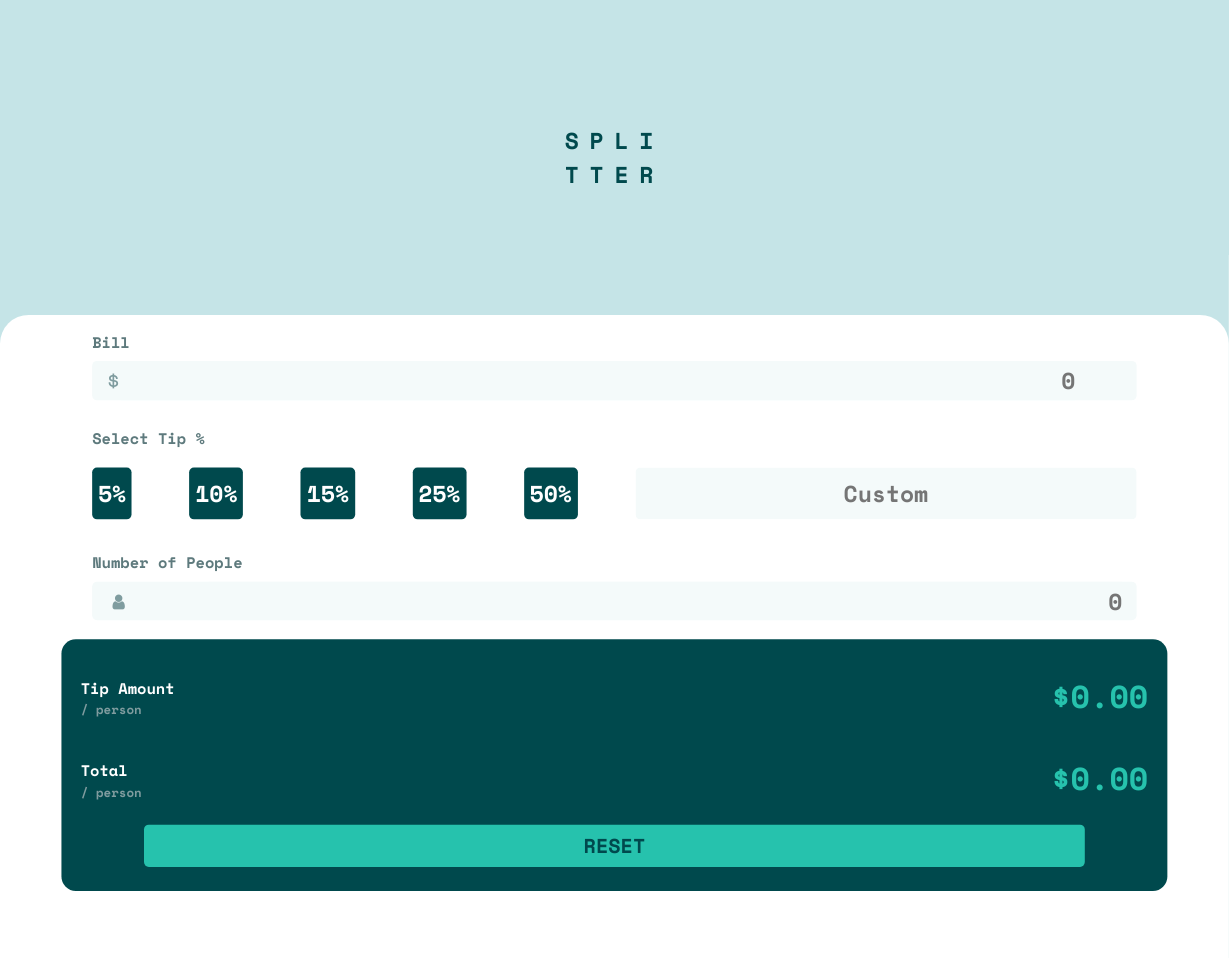
Repository: WindOfCodes/Tip_calculator
Page: index.html
An editor plug-in stored every save of this project. The page is shown before and after the next save, followed by the edit.
The browser window is 1280 px wide. The pictures show the whole page, at 96% of full size.
The style sheet was rebuilt from its Sass, Less or Tailwind sources for each picture, by a compiler version that may differ from the author's.

Above is the page before, as saved 2023-01-27 20:59:04.

### index.html
<!DOCTYPE html>
<html lang="en">
  <head>
    <meta charset="UTF-8" />
    <meta name="viewport" content="width=device-width, initial-scale=1.0" />

    <link
      rel="icon"
      type="image/png"
      sizes="32x32"
      href="./images/favicon-32x32.png"
    />
    <link rel="preconnect" href="https://fonts.googleapis.com" />
    <link rel="preconnect" href="https://fonts.gstatic.com" crossorigin />
    <link
      href="https://fonts.googleapis.com/css2?family=Space+Mono:wght@400;700&display=swap"
      rel="stylesheet"
    />
    <link rel="stylesheet" href="./src/css/style.min.css" />
    <link rel="stylesheet" href="./fontello-db34ab9f/css/fontello.css" />
    <script type="module" src="./src/js/main.js" async></script>

    <title>Frontend Mentor | Tip calculator app</title>
  </head>
  <body>
    <header class="splitter">
      <h2>spli<br />tter</h2>
    </header>

    <div class="card">
      <div class="whiteBox">
        <div class="billArea">
          <h4>Bill</h4>
          <div class="billValue">
            $<input class="billValueInput" placeholder="0" maxlength="20" />
          </div>
        </div>

        <section class="tipArea">
          <h4>Select Tip %</h4>
          <div class="btnsBox">
            <!-- <input
              type="radio"
              class="tipBtn"
              name="tip"
              value="5"
            /><label>5%</label>
            <input
              type="radio"
              class="tipBtn"
              name="tip"
              value="10"
            /><label>10%</label>
            <input
              type="radio"
              class="tipBtn"
              name="tip"
              value="15"
            /><label>15%</label>
            <input
              type="radio"
              class="tipBtn"
              name="tip"
              value="25"
            /><label>25%</label>
            <input
              type="radio"
              class="tipBtn"
              name="tip"
              value="50"
            /><label>50%</label> -->
            <button class="tipBtn">5%</button>
            <button class="tipBtn">10%</button>
            <button class="tipBtn">15%</button>
            <button class="tipBtn">25%</button>
            <button class="tipBtn">50%</button>
            <input
              class="tipBtn custom"
              id="tipInput"
              name="tip"
              maxlength="5"
              placeholder="Custom"
            />
          </div>
        </section>

        <div class="peopleArea">
          <h4>Number of People</h4>
          <div class="people">
            <i class="icon-user"></i>
            <input class="peopleValue" placeholder="0" maxlength="5" />
          </div>
        </div>
      </div>
      <div class="darkBox">
        <section class="resoultArea">
          <div class="amount">
            <h4>
              Tip Amount
              <span class="prsn">/ person</span>
            </h4>
            <div class="cashBox">
              <span class="price" id="tipForPrsn">$0.00</span>
            </div>
          </div>
          <div class="total">
            <h4>Total<span class="prsn">/ person</span></h4>
            <div class="cashBox">
              <span class="price" id="totalForPrsn">$0.00</span>
            </div>
          </div>
          <div class="reset">Reset</div>
        </section>
      </div>
    </div>

    <!-- <div class="attribution">
    Challenge by <a href="https://www.frontendmentor.io?ref=challenge" target="_blank">Frontend Mentor</a>.
  </div> -->
  </body>
</html>

### fontello-db34ab9f/css/fontello.css
@font-face {
  font-family: 'fontello';
  src: url('../font/fontello.eot?91813416');
  src: url('../font/fontello.eot?91813416#iefix') format('embedded-opentype'),
       url('../font/fontello.woff2?91813416') format('woff2'),
       url('../font/fontello.woff?91813416') format('woff'),
       url('../font/fontello.ttf?91813416') format('truetype'),
       url('../font/fontello.svg?91813416#fontello') format('svg');
  font-weight: normal;
  font-style: normal;
}
/* Chrome hack: SVG is rendered more smooth in Windozze. 100% magic, uncomment if you need it. */
/* Note, that will break hinting! In other OS-es font will be not as sharp as it could be */
/*
@media screen and (-webkit-min-device-pixel-ratio:0) {
  @font-face {
    font-family: 'fontello';
    src: url('../font/fontello.svg?91813416#fontello') format('svg');
  }
}
*/
[class^="icon-"]:before, [class*=" icon-"]:before {
  font-family: "fontello";
  font-style: normal;
  font-weight: normal;
  speak: never;

  display: inline-block;
  text-decoration: inherit;
  width: 1em;
  margin-right: .2em;
  text-align: center;
  /* opacity: .8; */

  /* For safety - reset parent styles, that can break glyph codes*/
  font-variant: normal;
  text-transform: none;

  /* fix buttons height, for twitter bootstrap */
  line-height: 1em;

  /* Animation center compensation - margins should be symmetric */
  /* remove if not needed */
  margin-left: .2em;

  /* you can be more comfortable with increased icons size */
  /* font-size: 120%; */

  /* Font smoothing. That was taken from TWBS */
  -webkit-font-smoothing: antialiased;
  -moz-osx-font-smoothing: grayscale;

  /* Uncomment for 3D effect */
  /* text-shadow: 1px 1px 1px rgba(127, 127, 127, 0.3); */
}

.icon-user:before { content: '\e800'; } /* '' */

### src/js/main.js
const bill = document.querySelector(".billValueInput");
const tipBtns = document.querySelectorAll(".tipBtn");
const tipCustom = document.querySelector("#custom");

let billVal = 0;
let tipValue = 0;

bill.addEventListener("input", setBillValue);
tipBtns.forEach((btn) => {
  btn.addEventListener("click", handleClick);
});

function validationFloat(n) {
  let reg = /^[0-9]*\.?[0-9]*$/;
  return n.match(reg);
}

function setBillValue() {
  if (bill.value.includes(",")) {
    bill.value = bill.value.replace(",", ".");
  }

  if (validationFloat(bill.value)) {
    bill.value = bill.value.substring(0, bill.value.length - 1);
  }

  billVal = parseFloat(bill.value);
  //   console.log(billVal);
}

function handleClick(e) {
  tipBtns.forEach((btns) => {
    btns.classList.remove("active");

    if (e.target.innerHTML == btns.innerHTML) {
      btns.classList.add("active");
      tipValue = parseFloat(btns.innerHTML) / 100;
    }
  });
}

// const resetBtn = document.querySelector(".reset"); //reset
// const btns = document.querySelector(".btnsBox"); //div with tip buttons
// let personalTip = document.querySelector("#tipInput"); //personal tip
// let tipFPrsn = document.querySelector("#tipForPrsn"); //return tip for person
// let totalFPrsn = document.querySelector("#totalForPrsn"); //return total for person

// //***************** */
// let billVal = document.querySelector(".billValue");
// let billInput = billVal.firstElementChild;
// let pplVal = document.querySelector(".peopleValue");
// let tipVal = document.querySelector(".custom");
// let billValue = 0;
// let tipValue = 0;
// let numberOfPeople = 1;

// billInput.addEventListener("input", validateBill);

// function validateBill() {
//   if (billInput.value.includes(",")) {
//     billInput.value.replace(",", ".");
//   }
//   billVal = parseFloat(billInput.value);
//   // calculate() !!!!!;
//   console.log(billVal);
// }

// personalTip.addEventListener("input", personTipVal);
// pplVal.addEventListener("input", setPeopleVal);
// resetBtn.addEventListener("click", resetBill);

// btns.forEach((button) => {
//   button.addEventListener("click", handleClick);
// });

// function handleClick(event) {
//   btns.forEach((button) => {
//     button.classList.add("active");
//     if (event.target.innerHTML === button.innerHTML) {
//       button.classList.add("active");
//       tipVal = parseFloat(button.innerHTML) / 100;
//       console.log(tipVal);
//     }
//   });
//   personalTip.value = "";
//   calculate();
// };

// function personalTipVal() {
//   tipVal = parseFloat(personalTip.value / 100);
//   btns.forEach((button) => {
//     button.classList.remove("active");
//   });
//   if (personalTip.value !== 0) {
//     calculate();
//   }
//   console.log(tipVal);
// };

// function setPeopleVal() {
//   pplVal = parseFloat(setPeopleVal.value);
//   if (pplVal <= 0) {
//     alert("error");
//   }
//   console.log(pplVal);
//   calculate();
// };

// function calculate() {
//     if(numberOfPeople >= 1) {
//         let tip = billVal * tipVal / pplVal;
//         let totalAmount = billVal * (tipVal + 1) / pplVal;

//         billVal[0].innerHTML = tip.toFixed(2);
//         billVal[1].innerHTML = totalAmount.toFixed(2);
//     }
// };

// function resetBill() {
//     billInput.value = 0.0;
//     validateBill();

//     btns[2].click();
//     pplVal.value = 1;
//     setPeopleVal();
// }

### src/sass/style.scss
@import "/src/css/normalize.css";
@import "variables";
@import "base";
@import "splitter";
@import "card";

### src/sass/_variables.scss
$Verydarkcyan: hsl(183, 100%, 15%);
$Darkgrayishcyan: hsl(186, 14%, 43%);
$darkgrayishcyan: hsl(184, 14%, 56%);
$SweetGreen: #26C2AD;
$lightgrayishcyan: hsl(185, 41%, 84%);
$Lightgrayishcyan: hsl(189, 41%, 97%);
$White: hsl(0, 0%, 100%);
$fSize: 24px;

### src/sass/_base.scss
body {
    font-family: 'Space Mono', monospace;
    color: $Darkgrayishcyan;
    background-color: $lightgrayishcyan;
}

### src/sass/_splitter.scss
.splitter {
    margin: 10% 0;

    h2 {
        color: $Verydarkcyan;
        letter-spacing: 0.7rem;
        line-height: 1.5;
        text-transform: uppercase;
        text-align: center;
        margin: 0;
        padding: 0;
    }
}

@media only screen and (min-width: 1290px) {

    .splitter {
        margin: 80px 0 50px 0;
    }
}

### src/sass/_card.scss
.active {
  background-color: $SweetGreen !important;
  color: $Verydarkcyan !important;
}

.card {
  background-color: $White;
  margin: 0;
  padding: 0;
  overflow: hidden;
  width: 100%;
  border-radius: 30px 30px 0 0;
}

.billArea {
  width: 85%;
  margin: auto;
  padding-top: 10px;

  h4 {
    margin: 10px 0;
  }
}

.billValue {
  background-color: $Lightgrayishcyan;
  color: $darkgrayishcyan;
  font-size: $fSize;
  padding: 0 15px;
  border-radius: 5px;

  input {
    font-weight: 700;
    color: $Verydarkcyan;
    background-color: $Lightgrayishcyan;
    font-size: $fSize;
    width: 94%;
    line-height: 1.7;
    padding: 0;
    border: none;
    text-align: right;
  }

  input::-webkit-inner-spin-button,
  input::-webkit-outer-spin-button {
    -webkit-appearance: none;
    margin: 0;
  }

  input:active::-webkit-inner-spin-button,
  input:active::-webkit-outer-spin-button {
    -webkit-appearance: none;
    margin: 0;
  }

  input[type="number"] {
    -moz-appearance: textfield;
  }

  input[type="number"] {
    -moz-appearance: textfield;
  }
}

.tipArea {
  width: 85%;
  margin: auto;
  margin-top: 30px;

  .btnsBox {
    // height: 170px;
    display: flex;
    justify-content: space-between;
    align-content: space-between;
    flex-wrap: wrap;

    .tipBtn {
      display: block;
      background-color: $Verydarkcyan;
      color: $White;
      font-size: $fSize;
      font-weight: 700;
      line-height: 2;
      // width: 48%;
      text-align: center;
      border-radius: 5px;
      border: none;
      //   opacity: 0;
      // position: fixed;
      // width: 0;
    }

    .tipBtn:hover {
      cursor: pointer;
      background-color: $lightgrayishcyan;
      color: $Verydarkcyan;
      border: none;
    }

    .tipBtn:active {
      background-color: $SweetGreen;
      color: $Verydarkcyan;
    }

    //   label {
    //     display: block;
    //     background-color: $Verydarkcyan;
    //     color: $White;
    //     font-size: $fSize;
    //     font-weight: 700;
    //     line-height: 2;
    //     width: 48%;
    //     text-align: center;
    //     border-radius: 5px;
    //   }
  }

  #tipInput {
    background-color: $Lightgrayishcyan;
    color: $Darkgrayishcyan;
    box-sizing: border-box;
    border: solid 2px transparent;
    border-radius: 5px;
    text-align: center;
    font-size: $fSize;
    font-weight: 700;
    width: 48%;
  }

  #tipInput:focus {
    border: solid 2px $SweetGreen;
  }

  #tipInput::-webkit-inner-spin-button,
  #tipInput::-webkit-outer-spin-button {
    -webkit-appearance: none;
    margin: 0;
  }

  #tipInput:active::-webkit-inner-spin-button,
  #tipInput:active::-webkit-outer-spin-button {
    -webkit-appearance: none;
    margin: 0;
  }

  #tipInput[type="number"] {
    -moz-appearance: textfield;
  }

  #tipInput[type="number"] {
    -moz-appearance: textfield;
  }
}

.peopleArea {
  width: 85%;
  margin: auto;
  padding-top: 15px;

  h4 {
    margin-bottom: 10px;
  }
}

.people {
  background-color: $Lightgrayishcyan;
  color: $Verydarkcyan;
  font-size: $fSize;
  font-weight: 700;
  padding: 0px 15px;
  border-radius: 5px;
  text-align: right;

  i {
    line-height: 2.3;
  }

  input {
    color: $Verydarkcyan;
    font-weight: 700;
    padding: 0;
    background-color: $Lightgrayishcyan;
    font-size: $fSize;
    width: 90%;
    line-height: 1.7;
    border: none;
    text-align: right;
  }

  input::-webkit-inner-spin-button,
  input::-webkit-outer-spin-button {
    -webkit-appearance: none;
    margin: 0;
  }

  input:active::-webkit-inner-spin-button,
  input:active::-webkit-outer-spin-button {
    -webkit-appearance: none;
    margin: 0;
  }

  input[type="number"] {
    -moz-appearance: textfield;
  }

  input[type="number"] {
    -moz-appearance: textfield;
  }
}

.people:hover {
  cursor: pointer;
  border: 3px solid $SweetGreen;
  margin: -2px;
}

.icon-user {
  float: left;
  color: $darkgrayishcyan;
  font-size: 18px;
}

.resoultArea {
  width: 90%;
  height: auto;
  margin: 20px auto 70px auto;
  background-color: $Verydarkcyan;
  border-radius: 15px;
  padding-bottom: 10px;
}

.amount {
  padding: 20px;

  h4 {
    color: $White;
    display: inline-block;
    margin-bottom: 0;
  }
}

.prsn {
  display: block;
  font-size: 13px;
  line-height: 2;
  color: $darkgrayishcyan;
}

.cashBox {
  display: inline-block;
  float: right;
  margin-top: 20px;
}

.price {
  font-size: 33px;
  font-weight: 700;
  float: right;
  margin: auto 0;
  color: $SweetGreen;
}

.total {
  padding: 0 20px;

  h4 {
    color: $White;
    display: inline-block;
  }
}

.reset {
  font-size: 21px;
  text-transform: uppercase;
  font-weight: 700;
  color: $Verydarkcyan;
  background-color: $SweetGreen;
  width: 85%;
  margin: 0 auto 15px auto;
  padding: 10px 0;
  border-radius: 5px;
  text-align: center;
}

@media only screen and (min-width: 1290px) {
  .card {
    width: 60%;
    height: 460px;
    margin: auto;
    display: flex;
    flex-direction: column;
    flex-wrap: wrap;
    border-radius: 20px;
  }

  .whiteBox {
    width: 50%;
    height: 100%;
  }

  .darkBox {
    width: 50%;
    height: 100%;
    margin: 0;
    padding: 0;
  }

  .billArea {
    padding: 0;
    margin-top: 30px;
  }

  .billValue:hover {
    cursor: pointer;
    border: 3px solid $SweetGreen;
    margin: -3px;
  }

  .billValue:active {
    border: 3px solid $SweetGreen;
    // margin: -2px;
  }

  .tipArea {
    margin-top: 30px;
  }

  .btnsBox {
    height: auto;

    label {
      width: 30%;
      margin: 10px 0;
    }

    label:hover {
      cursor: pointer;
      background-color: $lightgrayishcyan;
      color: $Verydarkcyan;
    }

    label:active {
      background-color: $SweetGreen;
    }

    label:last-child:hover {
      border: 3px solid $SweetGreen;
      margin: 7px -2px;
    }

    #tipInput {
      width: 30%;
    }
  }

  input:focus {
    outline: solid 0px transparent;
  }

  .tipBtn {
    width: 30%;
    margin: 10px 0;
  }

  .resoultArea {
    height: 90%;
    margin: 5% auto;
    padding: 0;
    position: relative;
  }

  .amount,
  .total {
    width: 80%;
    margin: auto;
  }

  .reset {
    left: 50%;
    transform: translateX(-50%);
    position: absolute;
    bottom: 0;
    margin-bottom: 30px;
  }

  .reset:hover {
    cursor: pointer;
    background-color: $lightgrayishcyan;
  }
}

Loaded but not shown: src/css/normalize.css (library)

After the next save:
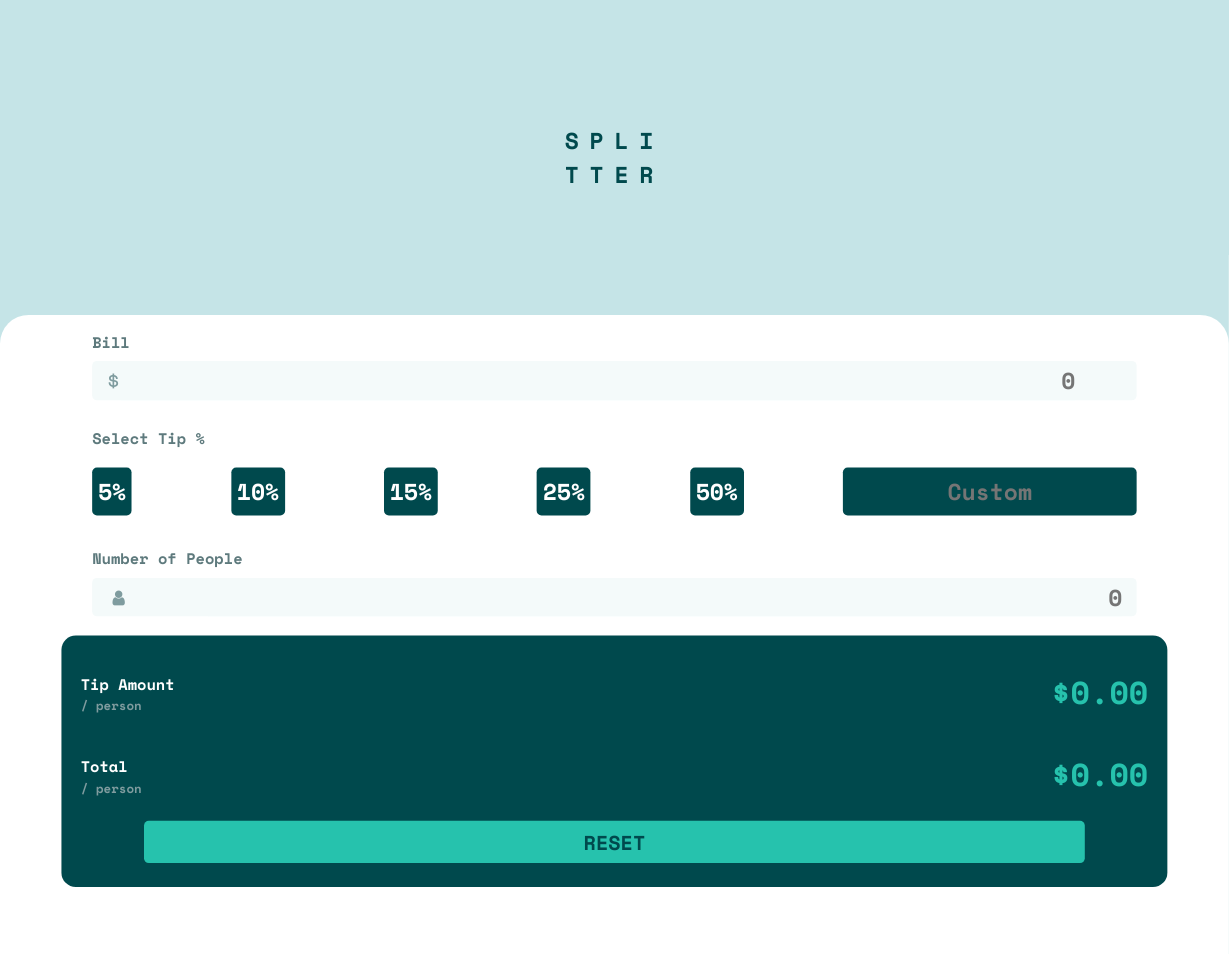
Saved 5 s later.
--- a/index.html
+++ b/index.html
@@ -76,7 +76,6 @@
             <button class="tipBtn">50%</button>
             <input
               class="tipBtn custom"
-              id="tipInput"
               name="tip"
               maxlength="5"
               placeholder="Custom"
